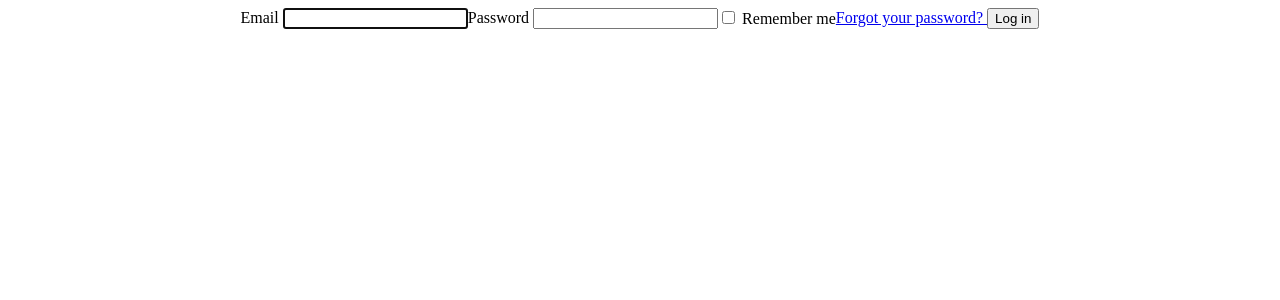
Repository: lookmanola/gestion_scolaire
Page: http://localhost/login
These files come from the project's save history. The page is drawn as it stood at one moment and after a run of saves; the edit follows.
The browser window is 1280 px wide. The pictures show the whole page.
The page is served by the project's Laravel application, run on PHP 8.4 with Laravel 8. Other server files are loaded and not shown.

Above is the page before, as saved 2021-10-15 10:16:59.

### example-app/resources/views/auth/login.blade.php
<x-guest-layout>
    <x-auth-card>
        <x-slot name="logo">

        </x-slot>

        <!-- Session Status -->
        <x-auth-session-status class="mb-4" :status="session('status')" />

        <!-- Validation Errors -->
        <x-auth-validation-errors class="mb-4" :errors="$errors" />

        <form method="POST" action="{{ route('login') }}">
            @csrf
            <div style="display: flex; justify-content:center; flex-">

                <!-- Email Address -->
                <div>
                    <x-label for="email" :value="__('Email')" />

                    <x-input id="email" class="style" type="email" name="email" :value="old('email')" required
                        autofocus />
                </div>

                <!-- Password -->
                <div class="mt-4">
                    <x-label for="password" :value="__('Password')" />

                    <x-input id="password" class="block mt-1 w-full" type="password" name="password" required
                        autocomplete="current-password" />
                </div>

                <!-- Remember Me -->
                <div class="block mt-4">
                    <label for="remember_me" class="inline-flex items-center">
                        <input id="remember_me" type="checkbox"
                            class="rounded border-gray-300 text-indigo-600 shadow-sm focus:border-indigo-300 focus:ring focus:ring-indigo-200 focus:ring-opacity-50"
                            name="remember">
                        <span class="ml-2 text-sm text-gray-600">{{ __('Remember me') }}</span>
                    </label>
                </div>

                <div class="flex items-center justify-end mt-4">
                    @if (Route::has('password.request'))
                        <a class="underline text-sm text-gray-600 hover:text-gray-900"
                            href="{{ route('password.request') }}">
                            {{ __('Forgot your password?') }}
                        </a>
                    @endif

                    <x-button class="ml-3">
                        {{ __('Log in') }}
                    </x-button>
                </div>
            </div>
        </form>
    </x-auth-card>
</x-guest-layout>

Loaded but not shown: example-app/routes/web.php (common file); example-app/routes/auth.php (common file); example-app/app/Http/Controllers/Auth/AuthenticatedSessionController.php (common file); example-app/app/Http/Controllers/Controller.php (common file); example-app/app/View/Components/GuestLayout.php (common file); example-app/resources/views/components/auth-session-status.blade.php (common file); example-app/resources/views/components/auth-validation-errors.blade.php (common file); example-app/resources/views/components/label.blade.php (common file); example-app/resources/views/components/input.blade.php (common file); example-app/resources/views/components/button.blade.php (common file); example-app/resources/views/components/auth-card.blade.php (common file); example-app/resources/views/layouts/guest.blade.php (common file); example-app/public/js/app.js (library); example-app/public/css/app.css (empty)

After the next 6 saves:
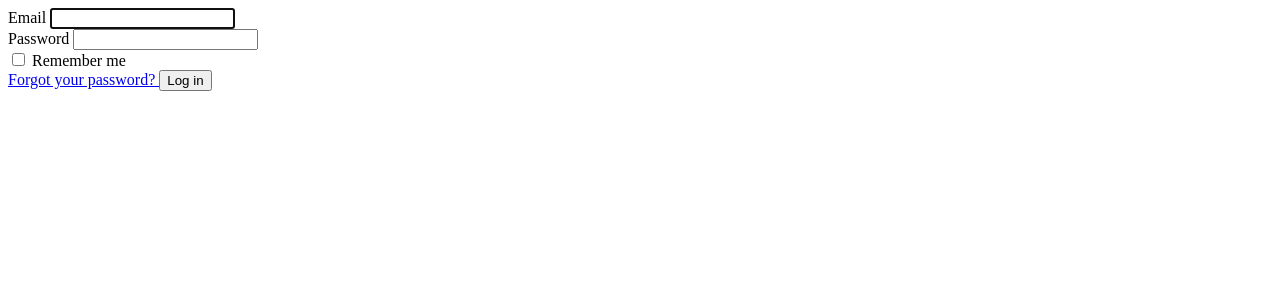
The 6 saves are shown as one change because they came seconds apart.
The last was saved 23 s later.
--- a/example-app/resources/views/auth/login.blade.php
+++ b/example-app/resources/views/auth/login.blade.php
@@ -12,7 +12,7 @@
 
         <form method="POST" action="{{ route('login') }}">
             @csrf
-            <div style="display: flex; justify-content:center; flex-">
+            <div style="display: flex; justify-content:center; flex-direction:column">
 
                 <!-- Email Address -->
                 <div>
